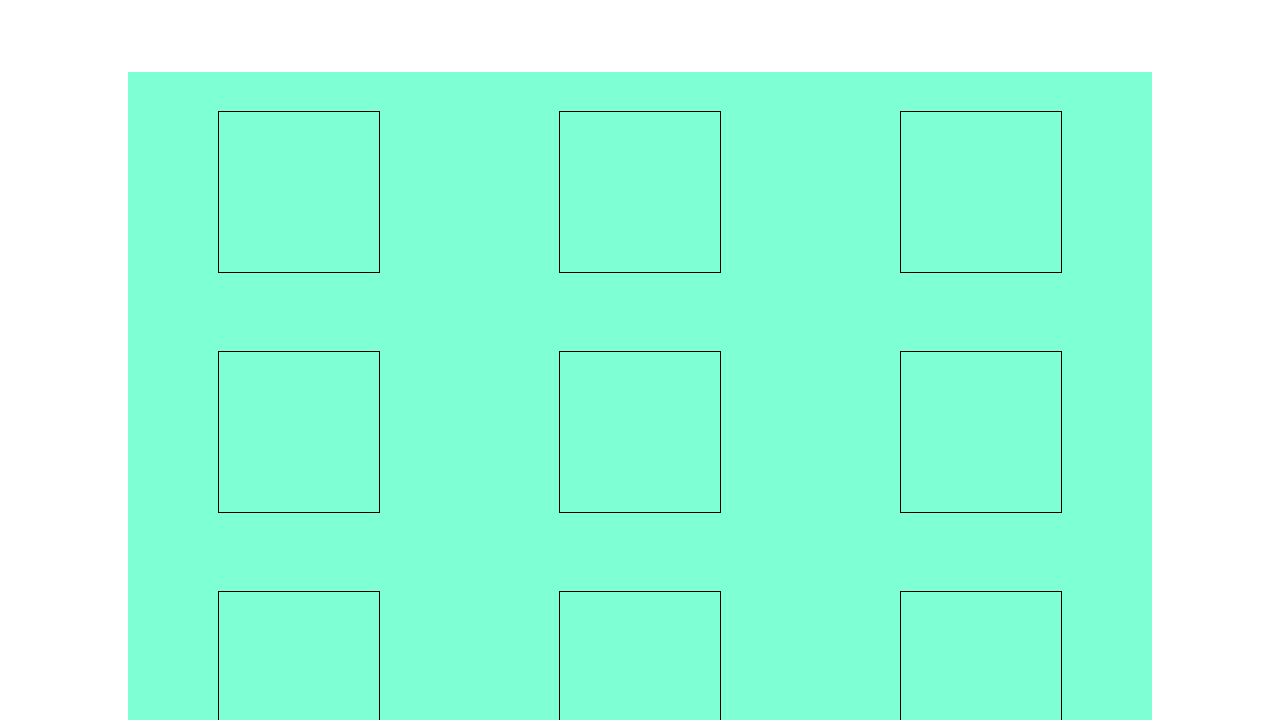
Repository: lidkaa/devTasks
Page: 0. Zadania Testowe/zadania/FlexboxCentered.html
The author's editor kept a copy of each file at every save. The page is drawn from the files as they stood at one save, then again after the next save.
The browser window is 1280 px wide. The pictures show the whole page.

Above is the page before, as saved 2022-01-31 13:21:07.

After the next save:
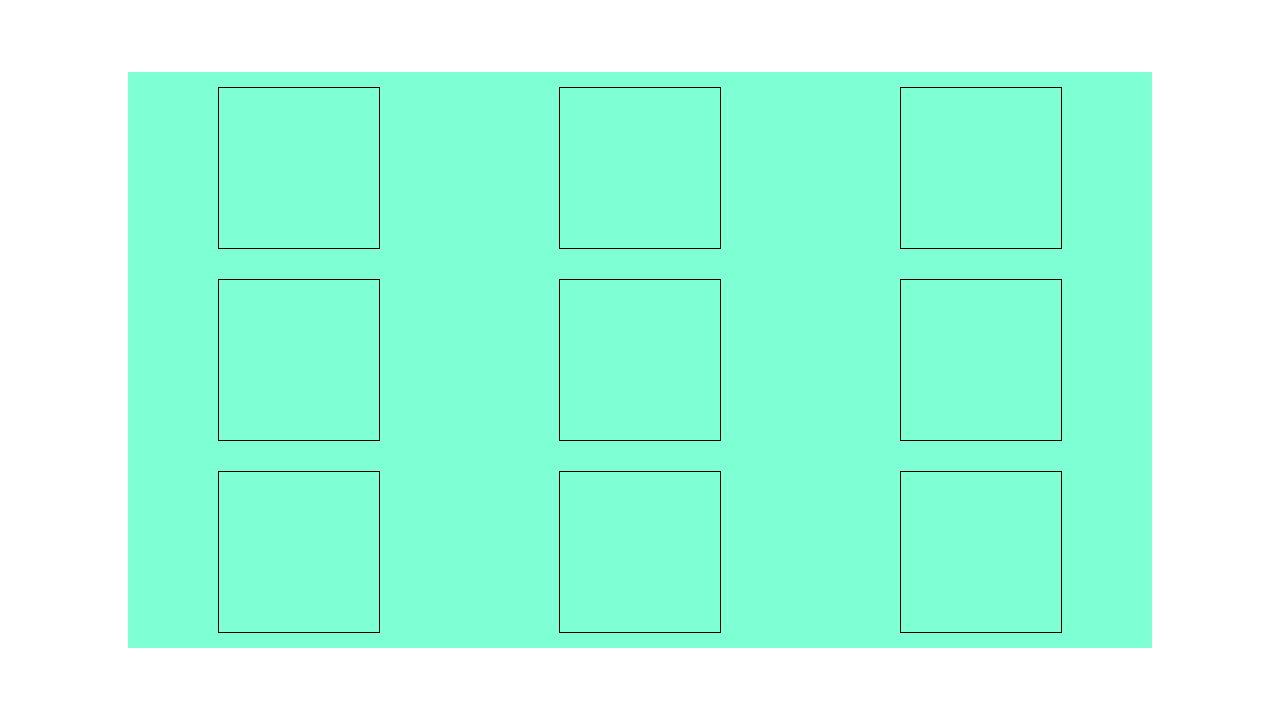
Saved 28 s later.
--- a/0. Zadania Testowe/zadania/flexboxcentered.css
+++ b/0. Zadania Testowe/zadania/flexboxcentered.css
@@ -5,7 +5,7 @@
 
 .presentation {
     position: fixed;
-    height: 120vh;
+    height: 100vh;
     width: 100vw;
     display: flex;
     justify-content: center;
@@ -19,7 +19,7 @@
     flex-direction: row;
     flex-wrap: wrap;
     list-style-type: none;
-    height: 100vh;
+    height: 80vh;
     width: 80vw;
     background-color: aquamarine;
 }
